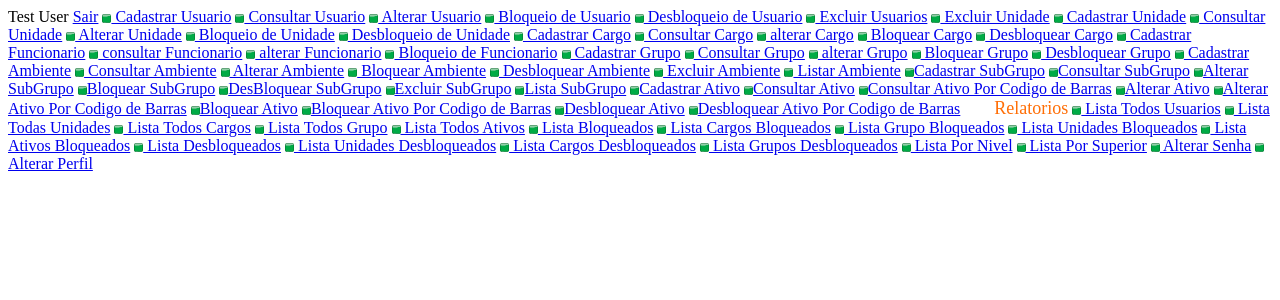
Repository: thisissantiagooliveira/Cursojs
Page: http://localhost/pi/telaPrincipal.php
These files come from the project's save history. The page is drawn as it stood at one moment and after the next save; the edit follows.
The browser window is 1280 px wide. The pictures show the whole page.
The page is run by PHP 8.4 with error messages shown; the project is at /var/www/html/. The session is filled in as if someone had signed in: {"logou": true, "id": 1, "nivel": 1, "nome": "Test User", "login": "testuser", "idSuperior": 1, "situacao": 1}. Other server files are loaded and not shown.

Above is the page before, as saved 2018-09-19 00:32:41.

### Projeto Pi/Core68/telaPrincipal.php
<?php
use src\Usuario;

session_start();

if(!isset($_SESSION['logou']) || $_SESSION['logou'] != TRUE){
    header('Location: index.php');

}
else{
    ?>
<!doctype html>
<html>
<head>
<title>Sistema</title>
<meta charset="UTF-8"/>
</head>
<body>
<?php echo($_SESSION['nome']);?> <a href="sairSistema.php">Sair</a>

<?php
if($_SESSION['nivel'] == 1){
?>
<a href="cadastrarUsuario.php"><img src="img\quad.jpg" width="9" align="center"> Cadastrar Usuario</a>
<a href="consultarUsuario.php"><img src="img\quad.jpg" width="9" align="center"> Consultar Usuario</a>
<a href="alterarUsuario.php"><img src="img\quad.jpg" width="9" align="center"> Alterar Usuario</a>
<a href="bloquearUsuario.php"><img src="img\quad.jpg" width="9" align="center"> Bloqueio de Usuario</a>
<a href="desbloquearUsuario.php"><img src="img\quad.jpg" width="9" align="center"> Desbloqueio de Usuario</a>
<a href="excluirUsuario.php"><img src="img\quad.jpg" width="9" align="center"> Excluir Usuarios</a>
<a href="excluirUnidade.php"><img src="img\quad.jpg" width="9" align="center"> Excluir Unidade</a>
<a href="cadastrarUnidade.php"><img src="img\quad.jpg" width="9" align="center"> Cadastrar Unidade</a>
<a href="consultarUnidade.php"><img src="img\quad.jpg" width="9" align="center"> Consultar Unidade</a>
<a href="alterarUnidade.php"><img src="img\quad.jpg" width="9" align="center"> Alterar Unidade</a>
<a href="bloquearUnidade.php"><img src="img\quad.jpg" width="9" align="center"> Bloqueio de Unidade</a>
<a href="desbloquearUnidade.php"><img src="img\quad.jpg" width="9" align="center"> Desbloqueio de Unidade</a>
<a href="cadastrarCargo.php"><img src="img\quad.jpg" width="9" align="center"> Cadastrar Cargo</a>
<a href="consultarCargo.php"><img src="img\quad.jpg" width="9" align="center"> Consultar Cargo</a>
<a href="alterarCargo.php"><img src="img\quad.jpg" width="9" align="center"> alterar Cargo</a>
<a href="bloquearCargo.php"><img src="img\quad.jpg" width="9" align="center"> Bloquear Cargo</a>
<a href="desbloquearCargo.php"><img src="img\quad.jpg" width="9" align="center"> Desbloquear Cargo</a>
<a href="cadastrarFuncionario.php"><img src="img\quad.jpg" width="9" align="center"> Cadastrar Funcionario</a>
<a href="consultarFuncionario.php"><img src="img\quad.jpg" width="9" align="center"> consultar Funcionario</a>
<a href="alterarFuncionario.php"><img src="img\quad.jpg" width="9" align="center"> alterar Funcionario</a>
<a href="bloquearFuncionario.php"><img src="img\quad.jpg" width="9" align="center"> Bloqueio de Funcionario</a>
<a href="cadastrarGrupo.php"><img src="img\quad.jpg" width="9" align="center"> Cadastrar Grupo</a>
<a href="consultarGrupo.php"><img src="img\quad.jpg" width="9" align="center"> Consultar Grupo</a>
<a href="alterarGrupo.php"><img src="img\quad.jpg" width="9" align="center"> alterar Grupo</a>
<a href="bloquearGrupo.php"><img src="img\quad.jpg" width="9" align="center"> Bloquear Grupo</a>
<a href="desbloquearGrupo.php"><img src="img\quad.jpg" width="9" align="center"> Desbloquear Grupo</a>
<a href="CadastrarAmbiente.php"><img src="img\quad.jpg" width="9" align="center"> Cadastrar Ambiente</a>
<a href="consultarAmbiente.php"><img src="img\quad.jpg" width="9" align="center"> Consultar Ambiente</a>
<a href="alterarAmbiente.php"><img src="img\quad.jpg" width="9" align="center"> Alterar Ambiente</a>
<a href="bloquearAmbiente.php"><img src="img\quad.jpg" width="9" align="center"> Bloquear Ambiente</a>
<a href="desbloquearAmbiente.php"><img src="img\quad.jpg" width="9" align="center"> Desbloquear Ambiente</a>
<a href="excluirAmbiente.php"><img src="img\quad.jpg" width="9" align="center"> Excluir Ambiente</a>
<a href="listarAmbiente.php"><img src="img\quad.jpg" width="9" align="center"> Listar Ambiente</a>
<a href="cadastrarSubgrupo.php"><img src="img\quad.jpg" width="9" align="center">Cadastrar SubGrupo</a>
<a href="consultarSubgrupo.php"><img src="img\quad.jpg" width="9" align="center">Consultar SubGrupo</a>
<a href="alterarSubgrupo.php"><img src="img\quad.jpg" width="9" align="center">Alterar SubGrupo</a>
<a href="bloquearSubgrupo.php"><img src="img\quad.jpg" width="9" align="center">Bloquear SubGrupo</a>
<a href="desbloquearSubgrupo.php"><img src="img\quad.jpg" width="9" align="center">DesBloquear SubGrupo</a>
<a href="excluirSubgrupo.php"><img src="img\quad.jpg" width="9" align="center">Excluir SubGrupo</a>
<a href="ListarSubGrupo.php"><img src="img\quad.jpg" width="9" align="center">Lista SubGrupo</a>
<a href="CadastrarAtivo.php"><img src="img\quad.jpg" width="9" align="center">Cadastrar Ativo</a>
<a href="ConsultarAtivo.php"><img src="img\quad.jpg" width="9" align="center">Consultar Ativo</a>
<a href="consultarPorCodigoBarra.php"><img src="img\quad.jpg" width="9" align="center">Consultar Ativo Por Codigo de Barras</a>
<a href="alterarAtivo.php"><img src="img\quad.jpg" width="9" align="center">Alterar Ativo</a>
<a href="alterarPorCodigoBarra.php"><img src="img\quad.jpg" width="9" align="center">Alterar Ativo Por Codigo de Barras</a>
<a href="bloquearativo.php"><img src="img\quad.jpg" width="9" align="center">Bloquear Ativo</a>
<a href="bloquearPorCodigoBarra.php"><img src="img\quad.jpg" width="9" align="center">Bloquear Ativo Por Codigo de Barras</a>
<a href="desbloquearativo.php"><img src="img\quad.jpg" width="9" align="center">Desbloquear Ativo</a>
<a href="desbloquearPorCodigoBarra.php"><img src="img\quad.jpg" width="9" align="center">Desbloquear Ativo Por Codigo de Barras</a>

<span style="color:#FF6E06; padding-left:30px; font-size:18px;">Relatorios</span>


<a href="listaTodos.php"><img src="img\quad.jpg" width="9" align="center">  Lista Todos Usuarios</a>
<a href="listaUnidade.php"><img src="img\quad.jpg" width="9" align="center">  Lista Todas Unidades</a>
<a href="listaCargos.php"><img src="img\quad.jpg" width="9" align="center">  Lista Todos Cargos</a>
<a href="listaTodosGrupo.php"><img src="img\quad.jpg" width="9" align="center">  Lista Todos Grupo</a>
<a href="listaTodoAtivo.php"><img src="img\quad.jpg" width="9" align="center">  Lista Todos Ativos</a>
<a href="listaBloqueados.php"><img src="img\quad.jpg" width="9" align="center">  Lista Bloqueados</a>
<a href="listaCargosBloqueados.php"><img src="img\quad.jpg" width="9" align="center">  Lista Cargos Bloqueados</a>
<a href="listaGrupoBloqueados.php"><img src="img\quad.jpg" width="9" align="center">  Lista Grupo Bloqueados</a>
<a href="listaUnidadesBloqueadas.php"><img src="img\quad.jpg" width="9" align="center">  Lista Unidades Bloqueados</a>
<a href="listaAtivoBloqueados.php"><img src="img\quad.jpg" width="9" align="center">  Lista Ativos Bloqueados</a>
<a href="listaDesbloqueados.php"><img src="img\quad.jpg" width="9" align="center">  Lista Desbloqueados</a>
<a href="listaUnidadesDesbloqueadas.php"><img src="img\quad.jpg" width="9" align="center">  Lista Unidades Desbloqueados</a>
<a href="listaCargosDesbloqueados.php"><img src="img\quad.jpg" width="9" align="center">  Lista Cargos Desbloqueados</a>
<a href="listaGrupoDesbloqueados.php"><img src="img\quad.jpg" width="9" align="center">  Lista Grupos Desbloqueados</a>
<a href="listaPorNivel.php"><img src="img\quad.jpg" width="9" align="center">  Lista Por Nivel</a>
<a href="listaPorSuperior.php"><img src="img\quad.jpg" width="9" align="center">  Lista Por Superior</a>
<a href="alterarSenha.php"><img src="img\quad.jpg" width="9" align="center">  Alterar Senha</a>
<a href="alterarPerfil.php"><img src="img\quad.jpg" width="9" align="center">  Alterar Perfil</a>

<?php
}
?>
<?php
if($_SESSION['nivel'] == 2){
?>
<a href="cadastrarUsuario.php"><img src="img\quad.jpg" width="9" align="center"> Cadastrar Usuario</a>
<a href="consultarUsuario.php"><img src="img\quad.jpg" width="9" align="center"> Consultar Usuario</a>
<a href="alterarUsuario.php"><img src="img\quad.jpg" width="9" align="center"> Alterar Usuario</a>
<a href="bloquearUsuario.php"><img src="img\quad.jpg" width="9" align="center"> Bloqueio de Usuario</a>
<a href="desbloquearUsuario.php"><img src="img\quad.jpg" width="9" align="center"> Desbloqueio de Usuario</a>
<a href="excluirUsuario.php"><img src="img\quad.jpg" width="9" align="center"> Excluir Usuarios</a>
<a href="cadastrarUnidade.php"><img src="img\quad.jpg" width="9" align="center"> Cadastrar Unidade</a>
<a href="consultarUnidade.php"><img src="img\quad.jpg" width="9" align="center"> Consultar Unidade</a>
<a href="alterarUnidade.php"><img src="img\quad.jpg" width="9" align="center"> Alterar Unidade</a>
<a href="bloquearUnidade.php"><img src="img\quad.jpg" width="9" align="center"> Bloqueio de Unidade</a>
<a href="desbloquearUnidade.php"><img src="img\quad.jpg" width="9" align="center"> Desbloqueio de Unidade</a>
<a href="cadastrarCargo.php"><img src="img\quad.jpg" width="9" align="center"> Cadastrar Cargo</a>
<a href="consultarCargo.php"><img src="img\quad.jpg" width="9" align="center"> Consultar Cargo</a>
<a href="alterarCargo.php"><img src="img\quad.jpg" width="9" align="center"> alterar Cargo</a>
<a href="bloquearCargo.php"><img src="img\quad.jpg" width="9" align="center"> Bloquear Cargo</a>
<a href="desbloquearCargo.php"><img src="img\quad.jpg" width="9" align="center"> Desbloquear Cargo</a>
<a href="cadastrarFuncionario.php"><img src="img\quad.jpg" width="9" align="center"> Cadastrar Funcionario</a>
<a href="consultarFuncionario.php"><img src="img\quad.jpg" width="9" align="center"> consultar Funcionario</a>
<a href="alterarFuncionario.php"><img src="img\quad.jpg" width="9" align="center"> alterar Funcionario</a>
<a href="bloquearFuncionario.php"><img src="img\quad.jpg" width="9" align="center"> Bloqueio de Funcionario</a>
<a href="cadastrarGrupo.php"><img src="img\quad.jpg" width="9" align="center"> Cadastrar Grupo</a>
<a href="consultarGrupo.php"><img src="img\quad.jpg" width="9" align="center"> Consultar Grupo</a>
<a href="alterarGrupo.php"><img src="img\quad.jpg" width="9" align="center"> alterar Grupo</a>
<a href="bloquearGrupo.php"><img src="img\quad.jpg" width="9" align="center"> Bloquear Grupo</a>
<a href="desbloquearGrupo.php"><img src="img\quad.jpg" width="9" align="center"> Desbloquear Grupo</a>


<span style="color:#FF6E06; padding-left:30px; font-size:18px;">Relatorios</span>


<a href="listaTodos.php"><img src="img\quad.jpg" width="9" align="center">  Lista Todos Usuarios</a>
<a href="listaUnidade.php"><img src="img\quad.jpg" width="9" align="center">  Lista Todas Unidades</a>
<a href="listaCargos.php"><img src="img\quad.jpg" width="9" align="center">  Lista Todos Cargos</a>
<a href="listaBloqueados.php"><img src="img\quad.jpg" width="9" align="center">  Lista Bloqueados</a>
<a href="listaCargosBloqueados.php"><img src="img\quad.jpg" width="9" align="center">  Lista Cargos Bloqueados</a>
<a href="listaUnidadesBloqueadas.php"><img src="img\quad.jpg" width="9" align="center">  Lista Unidades Bloqueados</a>
<a href="listaDesbloqueados.php"><img src="img\quad.jpg" width="9" align="center">  Lista Desbloqueados</a>
<a href="listaUnidadesDesbloqueadas.php"><img src="img\quad.jpg" width="9" align="center">  Lista Unidades Desbloqueados</a>
<a href="listaCargosDesbloqueados.php"><img src="img\quad.jpg" width="9" align="center">  Lista Cargos Desbloqueados</a>
<a href="listaPorNivel.php"><img src="img\quad.jpg" width="9" align="center">  Lista Por Nivel</a>
<a href="listaPorSuperior.php"><img src="img\quad.jpg" width="9" align="center">  Lista Por Superior</a>
<a href="alterarSenha.php"><img src="img\quad.jpg" width="9" align="center">  Alterar Senha</a>
<a href="alterarPerfil.php"><img src="img\quad.jpg" width="9" align="center">  Alterar Perfil</a>

<?php
}
?>
<?php
if($_SESSION['nivel'] == 3){
?>
<span style="color:#FF6E06; padding-left:30px; font-size:18px;">Relatorios</span>

<a href="listaTodos.php"><img src="img\quad.jpg" width="9" align="center">  Lista Todos Usuarios</a>
<a href="listaUnidade.php"><img src="img\quad.jpg" width="9" align="center">  Lista Todas Unidades</a>
<a href="listaCargos.php"><img src="img\quad.jpg" width="9" align="center">  Lista Todos Cargos</a>
<a href="listaBloqueados.php"><img src="img\quad.jpg" width="9" align="center">  Lista Bloqueados</a>
<a href="listaCargosBloqueados.php"><img src="img\quad.jpg" width="9" align="center">  Lista Cargos Bloqueados</a>
<a href="listaUnidadesBloqueadas.php"><img src="img\quad.jpg" width="9" align="center">  Lista Unidades Bloqueados</a>
<a href="listaDesbloqueados.php"><img src="img\quad.jpg" width="9" align="center">  Lista Desbloqueados</a>
<a href="listaUnidadesDesbloqueadas.php"><img src="img\quad.jpg" width="9" align="center">  Lista Unidades Desbloqueados</a>
<a href="listaCargosDesbloqueados.php"><img src="img\quad.jpg" width="9" align="center">  Lista Cargos Desbloqueados</a>
<a href="listaPorNivel.php"><img src="img\quad.jpg" width="9" align="center">  Lista Por Nivel</a>
<a href="listaPorSuperior.php"><img src="img\quad.jpg" width="9" align="center">  Lista Por Superior</a>
<a href="alterarSenha.php"><img src="img\quad.jpg" width="9" align="center">  Alterar Senha</a>
<a href="alterarPerfil.php"><img src="img\quad.jpg" width="9" align="center">  Alterar Perfil</a>

<?php

}
?>

</body>
</html>

<?php
}
?>

After the next save:
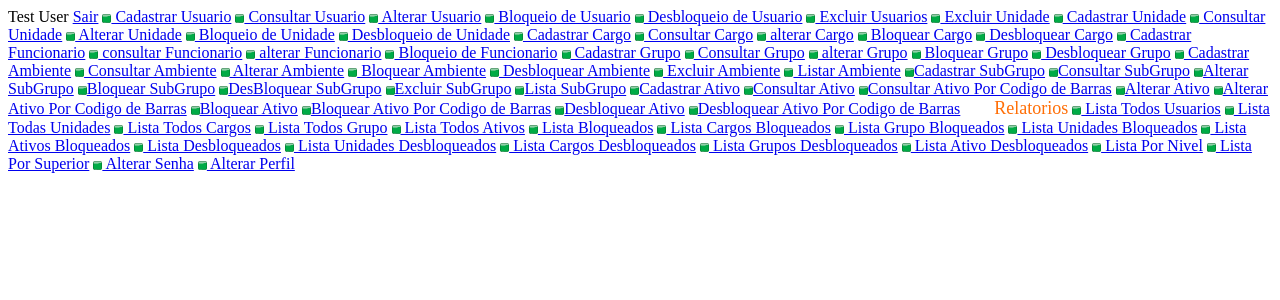
Saved 4 s later.
--- a/Projeto Pi/Core68/telaPrincipal.php
+++ b/Projeto Pi/Core68/telaPrincipal.php
@@ -88,6 +88,7 @@ if($_SESSION['nivel'] == 1){
 <a href="listaUnidadesDesbloqueadas.php"><img src="img\quad.jpg" width="9" align="center">  Lista Unidades Desbloqueados</a>
 <a href="listaCargosDesbloqueados.php"><img src="img\quad.jpg" width="9" align="center">  Lista Cargos Desbloqueados</a>
 <a href="listaGrupoDesbloqueados.php"><img src="img\quad.jpg" width="9" align="center">  Lista Grupos Desbloqueados</a>
+<a href="listaAtivoDesbloqueados.php"><img src="img\quad.jpg" width="9" align="center">  Lista Ativo Desbloqueados</a>
 <a href="listaPorNivel.php"><img src="img\quad.jpg" width="9" align="center">  Lista Por Nivel</a>
 <a href="listaPorSuperior.php"><img src="img\quad.jpg" width="9" align="center">  Lista Por Superior</a>
 <a href="alterarSenha.php"><img src="img\quad.jpg" width="9" align="center">  Alterar Senha</a>
